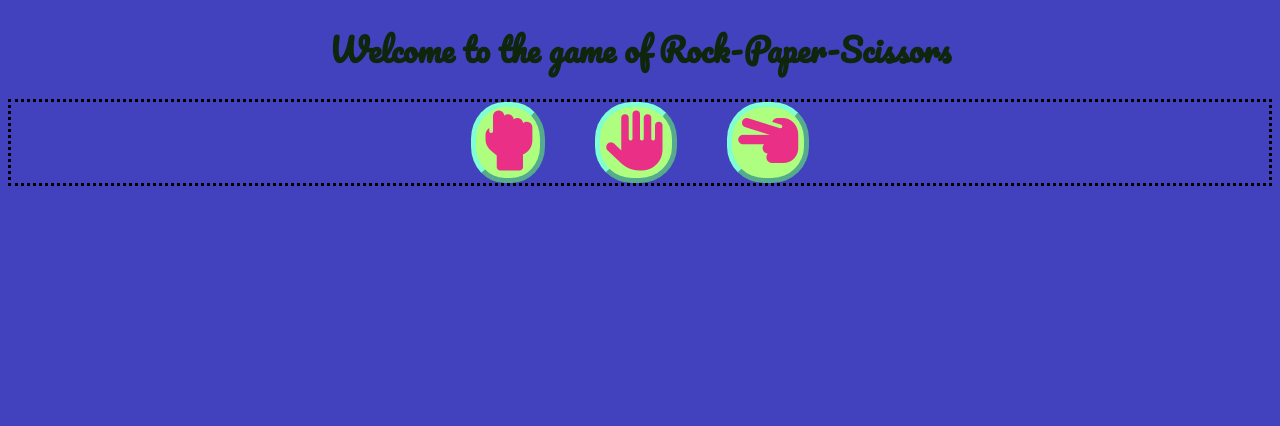
Repository: 0101chaitanya/Rock-Paper-Scissors
Page: index.html
The author's editor kept a copy of each file at every save. The page is drawn from the files as they stood at one save, then again after a run of saves.
The browser window is 1280 px wide. The pictures show the whole page.
Some web libraries are served in a nearby version.

Above is the page before, as saved 2021-05-14 18:40:47.
Not found: linkk.js

### index.html
<!DOCTYPE html>
<html>

<head>
    <meta charset="utf-8">
    <title>Rock-Paper-Scissors</title>
    <link rel="stylesheet" href="style.css">
    <script src="https://kit.fontawesome.com/3dcaf9f6de.js" crossorigin="anonymous"></script>
    <link rel="preconnect" href="https://fonts.gstatic.com">
    <link href="https://fonts.googleapis.com/css2?family=Pacifico&display=swap" rel="stylesheet">
</head>

<body>
    <h1 id="welcome">Welcome to the game of Rock-Paper-Scissors</h1>
    <div id="hold">
        <button class="square" id="holder1" href="#"><i class="fas fa-hand-rock"></i></button>

        <button class="square" id="holder2" href="#"><i class="fas fa-hand-paper"></i></button>

        <button class="square" id="holder3" href="#"><i class="fas fa-hand-scissors"></i></button>
    </div>
    <script type="text/javascript" src="linkk.js"></script>
</body>

</html>

### style.css
html{
    margin: 0;
    font-family: 'Pacifico', cursive;
    background-color:rgb(66, 66, 190);
    }
h1  {
       text-align: center;
     color:rgb(15, 37, 12) ;
    }
 #hold {
border-style:dotted;
display: flex;
flex-direction: row;
justify-content:center;

    }
.square{
    background-color: rgb(174, 255, 127);
    font-size: 60px;
    display: inline-block;
color: rgb(233, 47, 134);
border-radius: 45%;
border-width: 5px;
border-color:aquamarine;
margin:auto 25px;
}
#holder1 {
}
#holder2 {
}
#holder3 {
}

After the next 2 saves:
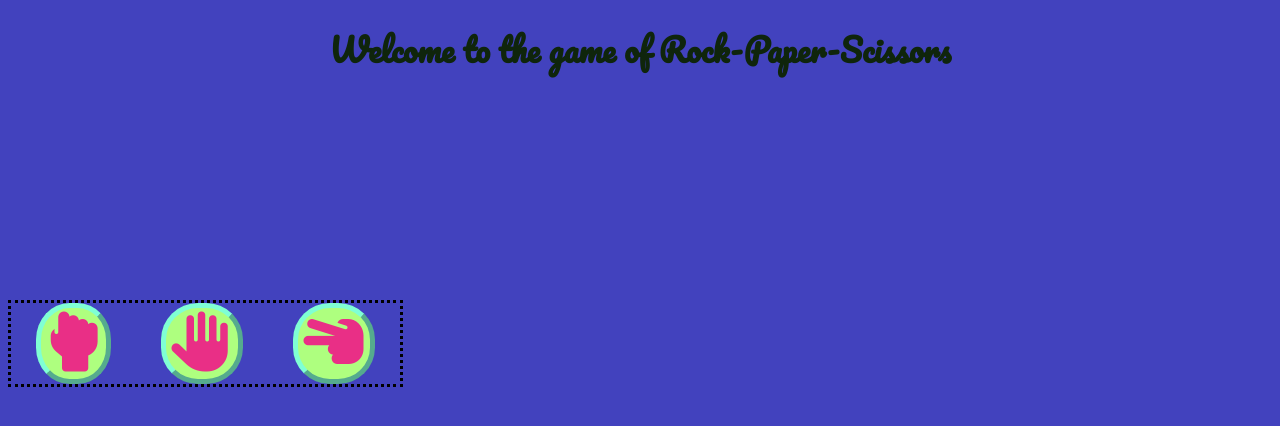
The 2 saves are shown as one change because they came seconds apart.
The last was saved 32 s later.
--- a/style.css
+++ b/style.css
@@ -12,6 +12,8 @@ border-style:dotted;
 display: flex;
 flex-direction: row;
 justify-content:center;
+position: fixed;
+top: 300px;
 
     }
 .square{
